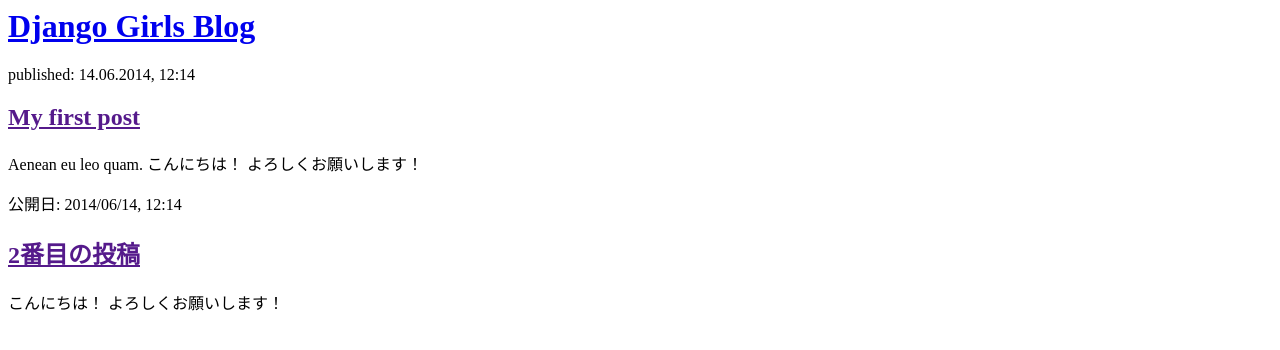
Repository: yoku-094/practice_python
Page: blog/templates/blog/post_list.html
An editor plug-in stored every save of this project. The page is shown before and after the next save, followed by the edit.
The browser window is 1280 px wide. The pictures show the whole page.
Some web libraries are served in a nearby version. The page is served by the project's application, run on Django 3.2 (manage.py). The template is opened directly, without the code that normally fills it, so the values that code supplies are empty.

Above is the page before, as saved 2022-08-30 12:22:02.

After the next save:
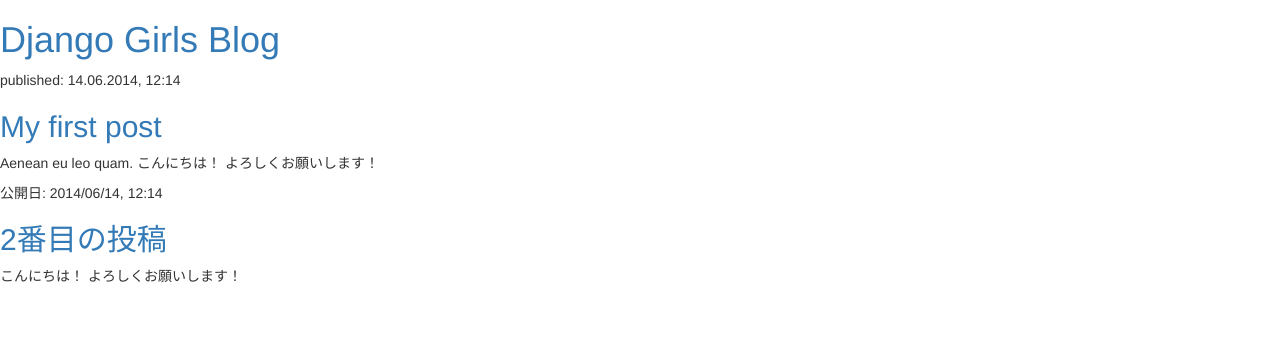
Saved 4 min 2 s later.
--- a/blog/templates/blog/post_list.html
+++ b/blog/templates/blog/post_list.html
@@ -1,6 +1,14 @@
 <html>
   <head>
     <title>Django Girls blog</title>
+    <link
+      rel="stylesheet"
+      href="//maxcdn.bootstrapcdn.com/bootstrap/3.2.0/css/bootstrap.min.css"
+    />
+    <link
+      rel="stylesheet"
+      href="//maxcdn.bootstrapcdn.com/bootstrap/3.2.0/css/bootstrap-theme.min.css"
+    />
   </head>
   <body>
     <div>
